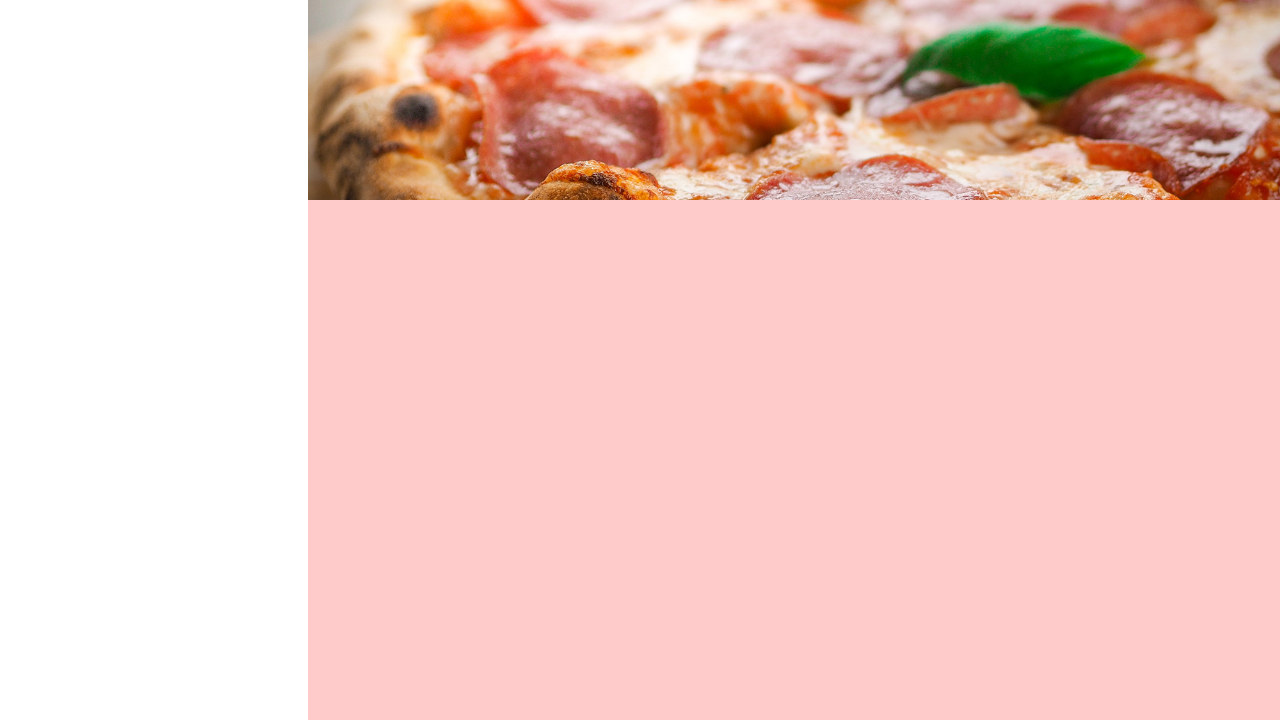
Repository: zahranaserii/FastFoodProject
Page: /
The author's editor kept a copy of each file at every save. The page is drawn from the files as they stood at one save, then again after the next save.
The browser window is 1280 px wide. The pictures show the whole page.
The project was rebuilt for these pictures with package versions that can differ from the ones it lists, and the page was loaded fresh each time.

Above is the page before, as saved 2023-11-17 11:16:26.

### public/index.html
<!DOCTYPE html>
<html lang="fa" dir="rtl">
  <head>
    <meta charset="utf-8" />
    <meta name="viewport" content="width=device-width, initial-scale=1" />
    <meta name="theme-color" content="#000000" />
    <meta
      name="description"
      content="Web site created using create-react-app"
    />
    <link rel="apple-touch-icon" href="%PUBLIC_URL%/logo192.png" />
    <!--
      manifest.json provides metadata used when your web app is installed on a
      user's mobile device or desktop. See https://developers.google.com/web/fundamentals/web-app-manifest/
    -->
    <link rel="manifest" href="%PUBLIC_URL%/manifest.json" />
    <!--
      Notice the use of %PUBLIC_URL% in the tags above.
      It will be replaced with the URL of the `public` folder during the build.
      Only files inside the `public` folder can be referenced from the HTML.

      Unlike "/favicon.ico" or "favicon.ico", "%PUBLIC_URL%/favicon.ico" will
      work correctly both with client-side routing and a non-root public URL.
      Learn how to configure a non-root public URL by running `npm run build`.
    -->
    <title>React App</title>
  </head>
  <body>
    <noscript>You need to enable JavaScript to run this app.</noscript>
    <div id="root"></div>
    <!--
      This HTML file is a template.
      If you open it directly in the browser, you will see an empty page.

      You can add webfonts, meta tags, or analytics to this file.
      The build step will place the bundled scripts into the <body> tag.

      To begin the development, run `npm start` or `yarn start`.
      To create a production bundle, use `npm run build` or `yarn build`.
    -->
  </body>
</html>

### src/App.js
import "./App.css";
import Header from "./Header/Header";

function App() {
  return (
    <div className="bg-red-200 max-w-5xl container">
      <Header />
    </div>
  );
}

export default App;

### src/Header/Header.jsx
import React from "react";
import "./header.css";
const Header = () => {
  return <header className="bg-cover bg-center">header</header>;
};

export default Header;

### src/Header/header.css
header {
  height: 200px;
  background: url("../assets/images/PIZZA-COVER.jpg");
}

Loaded but not shown: src/index.js (common file); src/index.css (common file); src/App.css (common file); tailwind.config.js (common file)

After the next save:
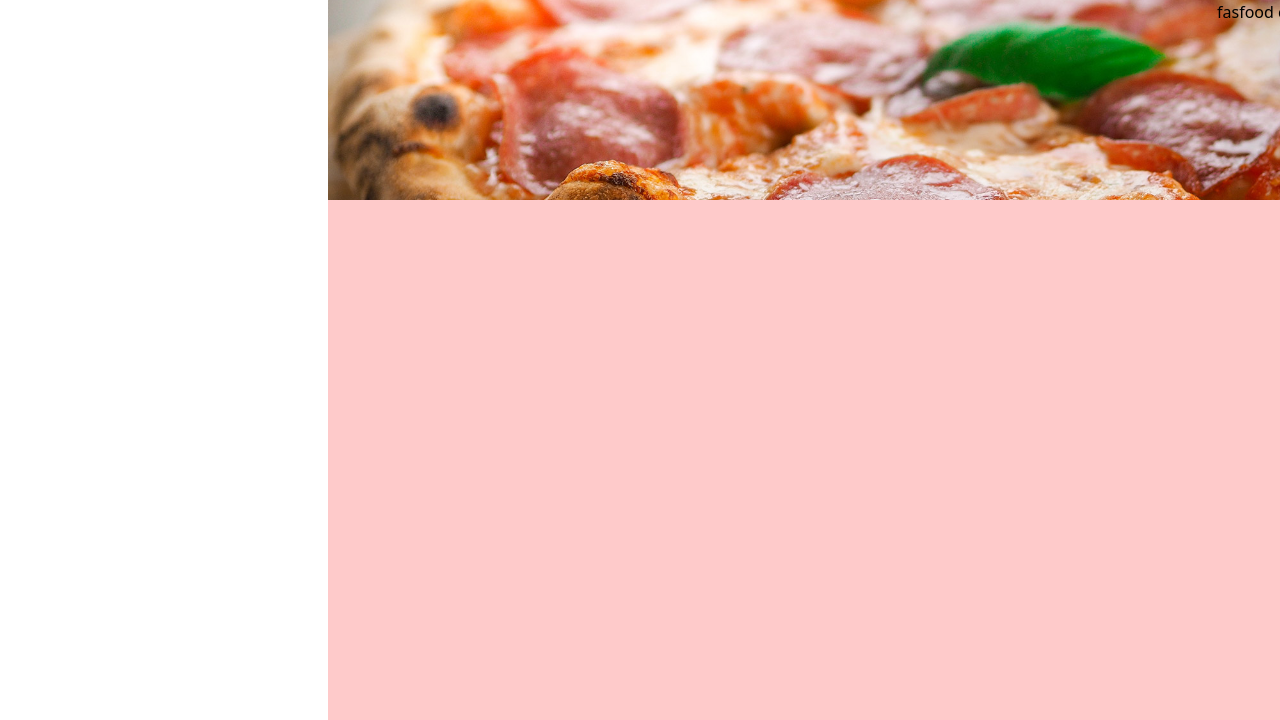
Saved 58 s later.
--- a/src/Header/Header.jsx
+++ b/src/Header/Header.jsx
@@ -1,7 +1,13 @@
 import React from "react";
 import "./header.css";
 const Header = () => {
-  return <header className="bg-cover bg-center">header</header>;
+  return (
+    <header className="bg-cover bg-center">
+      <div className="container">
+        <h1>fasfood catalouge</h1>
+      </div>
+    </header>
+  );
 };
 
 export default Header;
